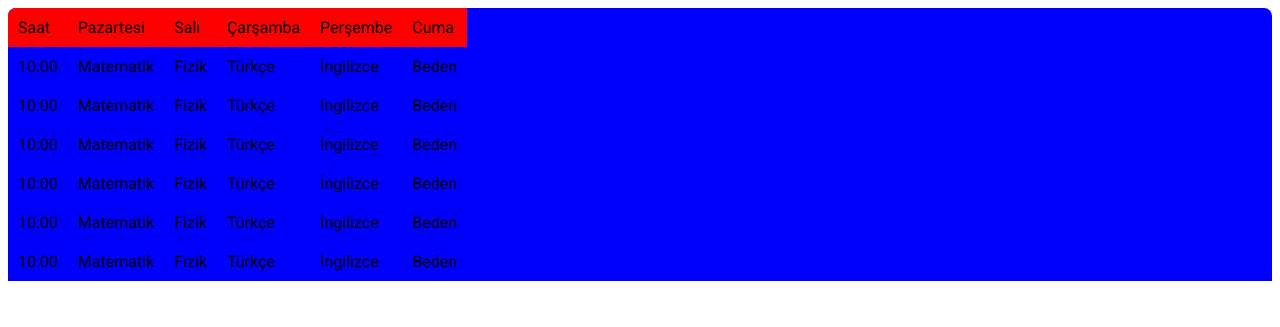
Repository: ahmetbugraozcan/css-ders-programi
Page: deneme2.html
The author's editor kept a copy of each file at every save. The page is drawn from the files as they stood at one save, then again after the next save.
The browser window is 1280 px wide. The pictures show the whole page.

Above is the page before, as saved 2021-07-10 14:45:18.

After the next save:
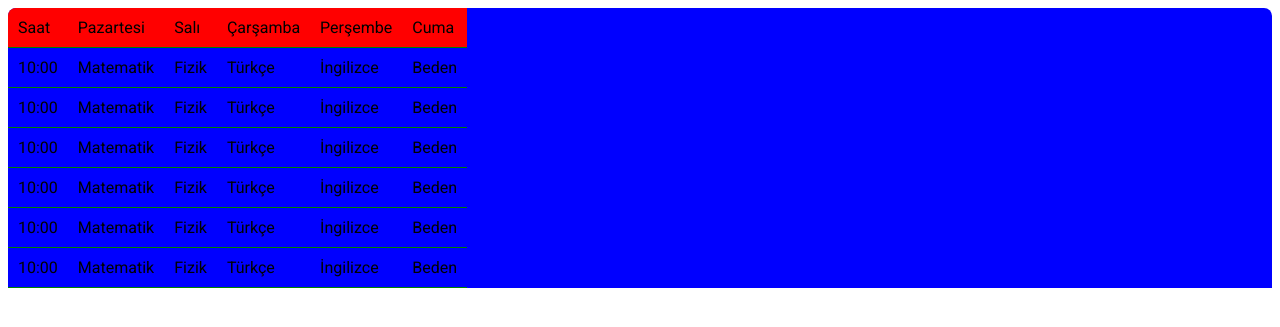
Saved 8 s later.
--- a/deneme2.html
+++ b/deneme2.html
@@ -27,7 +27,6 @@
         }
 
         .row>div>div {
-            flex:1
             border-bottom: 1px solid green;
         }
 
